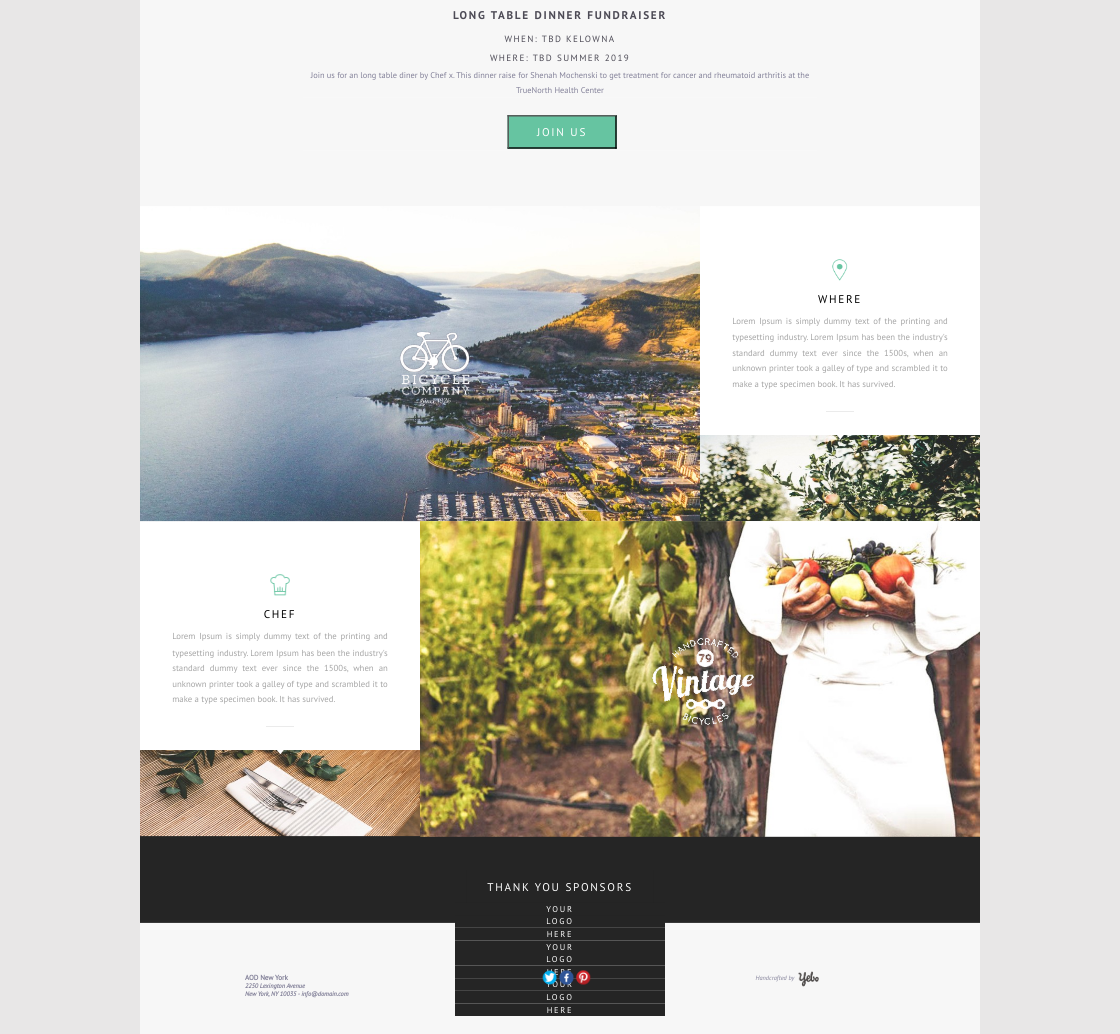
Repository: vancodes/longtable
Page: index.html
The author's editor kept a copy of each file at every save. The page is drawn from the files as they stood at one save, then again after the next save.
The browser window is 1280 px wide. The page is 1600 px wide, so the pictures cover 1600 px, including what lies to the right of the window. The pictures show the part of the page from y = 879 to 2439 px (the page is 2356 px tall before and 2439 px after), at 70% of full size.

Above is the page before, as saved 2019-04-08 16:01:40.

After the next save:
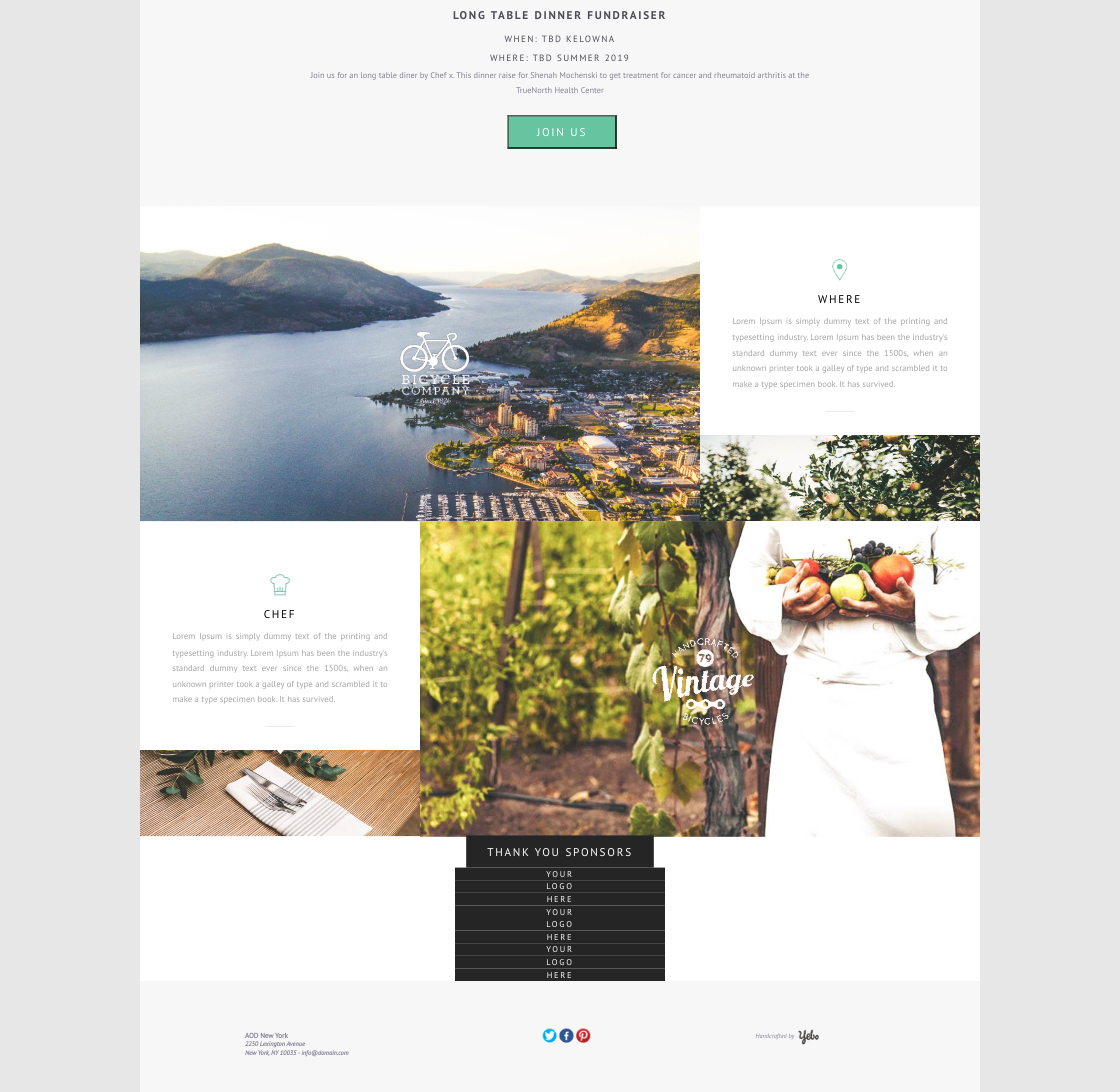
Saved 98 s later.
--- a/index.html
+++ b/index.html
@@ -176,7 +176,7 @@
             </div>
           </div>
         </div> -->
-        <div class="discover-container">
+        <div class="sponsor-bar">
           <div class="discover-text">
             <button>Thank You Sponsors</button>
           </div>

After the save that followed:
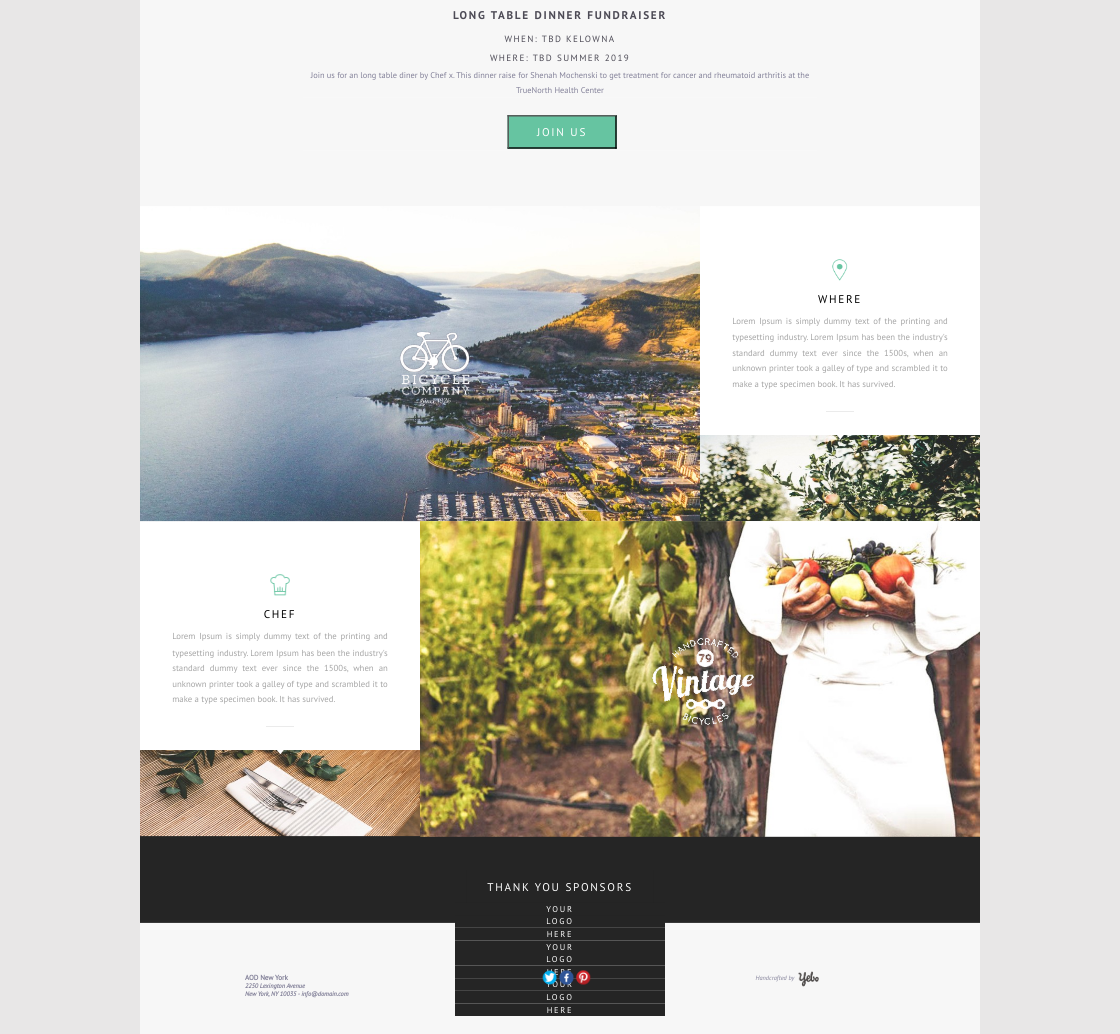
Saved 23 s later.
--- a/index.html
+++ b/index.html
@@ -176,7 +176,7 @@
             </div>
           </div>
         </div> -->
-        <div class="sponsor-bar">
+        <div class="discover-container">
           <div class="discover-text">
             <button>Thank You Sponsors</button>
           </div>
